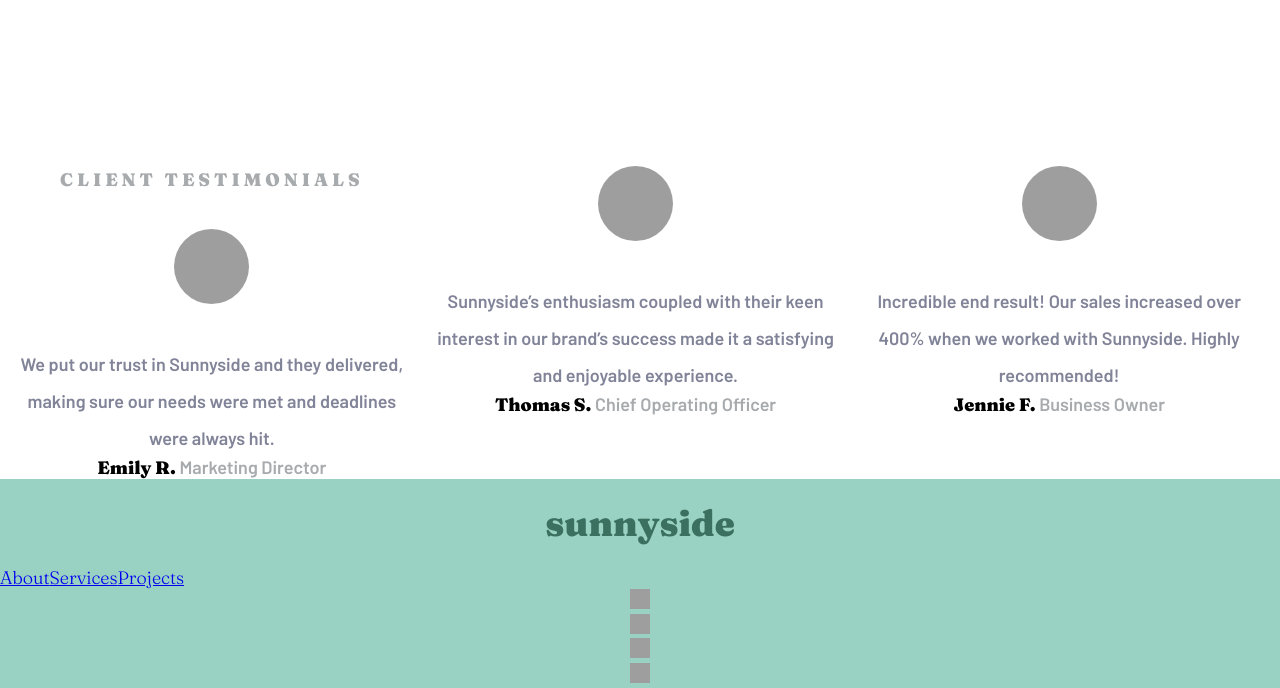
Repository: Roshanell/Sunny-Side-Agency
Page: index.html
The author's editor kept a copy of each file at every save. The page is drawn from the files as they stood at one save, then again after a run of saves.
The browser window is 1280 px wide. The pictures show the part of the page from y = 2148 to 2836 px (the page is 2836 px tall before and 2793 px after).
Pictures or frames that could not be fetched are drawn as grey boxes. Some web libraries are served in a nearby version.

Above is the page before, as saved 2022-07-06 12:05:45.

### index.html
<!doctype html>
<html lang="en">

  <head>
    <meta charset="utf-8">
    <meta name="viewport" content="width=device-width, initial-scale=1">
    <title>Sunny Side Agency</title>
    <link href="https://fonts.googleapis.com/icon?family=Material+Icons" rel="stylesheet">
    <link rel="stylesheet" href="css/style.css">
    <link
      href="https://fonts.googleapis.com/css2?family=Barlow:wght@600&family=Fraunces:opsz,wght@9..144,300;9..144,700;9..144,900&display=swap"
      rel="stylesheet">
    <link rel="stylesheet" href="/css/normalize.css">
    <script src="https://kit.fontawesome.com/48e7997292.js" crossorigin="anonymous"></script>
  </head>

  <body>
    <div class="container">
      <div class="homePage">
        <ul class="menu">
          <li><a class="menuItem" href="#">Home</a></li>
          <li><a class="menuItem" href="#">Profile</a></li>
          <li><a class="menuItem" href="#">About</a></li>
          <li><a class="menuItem" href="#">Contacts</a></li>
        </ul>
        <button class="hamburger">
          <i class="menuIcon material-icons">menu</i>
          <i class="closeIcon material-icons">close</i>
        </button>
        <div class="header">
          <h1>sunnyside</h1>
        </div>
        <div class="homeContent">
          <h2 class="homeSlogan">We are creatives</h2>
          <i class="fa-solid fa-arrow-down-long fa-4x"></i>

        </div>
      </div>

      <div class="eggArea">

      </div>

      <div class="aboutUsInfo" id="aboutUsInfo">
        <div class="infoContainer">
          <h3>
            Transform your brand
          </h3>
          <p>We are a full-service creative agenc grow fast. Engage your clients through
            compelling visuals that do most of the marketing for you. </p>
          <span><a href="#">Learn More</a></span>
        </div>
      </div>

      <div class="cupImage">
      </div>

      <div class="standOutInfo" id="standOutInfo">
        <div class="standOutContainer">
          <h3>Stand out to the right audience</h3>
          <p> Using a collaborative formula of designers, researchers,
            photographers,videographers, and copywriters, we’ll build and extend your brand in digital places. </p>

          <span class="learnMorePink"><a href="#">Learn More</a></span>
        </div>
      </div>
      <div class="graphicDesign">
        <div class="design-photography">
          <h3> Graphic Design</h3>
          <p class="pGraphics" id="pDesign">
            Great design makes you memorable. We deliver artwork that underscores your brand message and captures
            potential clients’ attention. </p>
        </div>
      </div>
      <div class="orangeImage">
        <div class="design-photography">
          <h3>Photography</h3>
          <p class="pGraphics"> Increase your credibility by getting the most stunning, high-quality photos that improve
            your business
            image. </p>
        </div>
      </div>
      <div>

        <div class="reviewContainer">
          <div class="testimonialOne">
            <h4>Client Testimonials</h4>
            <div class="user one"></div>
            <p class="review">We put our trust in Sunnyside and they delivered, making sure our needs were met and
              deadlines
              were always
              hit.</p>
            <span class="name">Emily R.</span>
            <span class="occupation">Marketing Director</span>
          </div>
          <div class="testimonialTwo">
            <div class="user two"></div>
            <p class="review">Sunnyside’s enthusiasm coupled with their keen interest in our brand’s success made it a
              satisfying and
              enjoyable experience.</p>
            <span class="name">Thomas S.</span>
            <span span class="occupation">Chief Operating Officer</span>
          </div>
          <div class="testimonialThree">
            <div class="user three"></div>
            <p class="review">Incredible end result! Our sales increased over 400% when we worked with Sunnyside. Highly
              recommended!</p>
            <span class="name">Jennie F.</span>
            <span span class="occupation">Business Owner</span>

          </div>

        </div>


        <div class="fourImgs" id="fourImgs">
          <div class="imgOne">
          </div>
          <div class="imgTwo">
          </div>
          <div class="imgThree">
          </div>
          <div class="imgFour">
          </div>
        </div>

        <div class="footer">
          <h1>sunnyside</h1>
          <div class="moreInformation">
            <a href="index.html#aboutUsInfo"><span> About</span></a>
            <a href="index.html#standOutInfo"><span>Services</span> </a>
            <a href="index.html#fourImgs"><span>Projects</span></a>
          </div>
          <div class="socialMediaHandles">
            <div>
              <img src="https://i.imgur.com/uHHCF8A.png" alt="Facebook Icon" height="20px" width="20px">
            </div>
            <div>
              <img src="https://i.imgur.com/Fvw0N1c.png" alt="Instagram Icon" height="20px" width="20px">
            </div>
            <div>
              <img src="https://i.imgur.com/k39Bgoc.png" alt="Twitter Icon" height="20px" width="20px">
            </div>
            <div>
              <img src="https://i.imgur.com/JN1Rhal.png" alt="Pinterest Icon" height="20px" width="20px">
            </div>
          </div>
        </div>
      </div>

      <script src="main.js"></script>

  </body>

</html>

### css/style.css
/* Box Model Hack */
* {
  -moz-box-sizing: border-box;
}

/* Clear fix hack */
.clearfix:after {
  content: ".";
  display: block;
  clear: both;
  visibility: hidden;
  line-height: 0;
  height: 0;
}

.clear {
  clear: both;
}

/******************************************
/* BASE STYLES
/*******************************************/

body {
  font-size: 18px;
  font-family: "Barlow", sans-serif;
  text-align: center;
  margin: 0;
}
p {
  color: hsl(232, 10%, 55%);
  display: flex;
  justify-content: center;
  align-items: center;
  margin: 0 2%;
  line-height: 37px;
}

h1,
h2,
h3,
h4,
h5,
h6 {
  font-family: "Fraunces", serif;
  font-weight: 700;
}

h3 {
  margin-top: 10%;
  margin-bottom: 10%;
  font-size: 40px;
}

span a {
  color: black;
  text-decoration: underline yellow;
  text-decoration-thickness: 5px;
}

.learnMorePink a {
  text-decoration: underline hsl(7, 99%, 70%);
  text-decoration-thickness: 5px;
}
.learnMorePink {
  margin-top: 5%;
}
/* hamburger */

* {
  margin: 0;
  padding: 0;
  box-sizing: border-box;
}

.menuItem {
  display: block;
  margin: 2rem 4rem;
  font-size: 1.8rem;
  color: black;
  text-decoration: none;
  font-family: "Barlow", sans-serif;
  animation: fadeInUp 0.5s ease-in-out forwards;
}

.menuItem:hover {
  text-decoration: underline;
}

.hamburger {
  position: fixed;
  z-index: 100;
  top: 1rem;
  right: 1rem;
  padding: 4px;
  border: none;
  background: transparent;
  cursor: pointer;
  color: white;
}

.closeIcon {
  display: none;
}

.menu {
  position: fixed;
  transform: translateY(-100%);
  transition: transform 0.2s;
  top: 0;
  left: 0;
  right: 0;
  bottom: 40%;
  z-index: 99;
  width: 89%;
  margin-left: 5%;
  margin-top: 0%;
  background: white;
  color: black;
  list-style: none;
  padding-top: 4rem;
}

.showMenu {
  transform: translateY(0);
}

/* homepage */

.homePage {
  background-image: url("https://i.imgur.com/5owK20G.jpg");
  background-size: cover;
  height: 100vh;
  background-repeat: no-repeat;
}

.homeSlogan {
  color: white;
  font-size: 40px;
  text-transform: uppercase;
  letter-spacing: 5px;
}

.fa-solid {
  color: white;
}

.fa-arrow-down-long {
  margin-top: 10%;
}
/* About Us */
.aboutUsInfo {
  background-color: white;
}
.aboutUsInfo h3 {
  font-size: 40px;
}
/* testimonials */
/* user profile images */
.user {
  display: inline-block;
  width: 75px;
  height: 75px;
  border-radius: 50%;
  margin: 9%;
  background-repeat: no-repeat;
  background-position: center center;
  background-size: cover;
}

.one {
  background-image: url("https://i.imgur.com/0PxR98W.jpg");
}

.two {
  background-image: url("https://i.imgur.com/01xgLPA.jpg");
}

.three {
  background-image: url("https://i.imgur.com/YJGOYO1.jpg");
}

.testimonialOne h4 {
  text-transform: uppercase;
  color: hsl(210, 4%, 67%);
  letter-spacing: 4px;
  /* font-size: 100%; */
  margin-top: 10%;
  font-weight: 900;
}

.occupation {
  color: hsl(210, 4%, 67%);
  margin-bottom: 5%;
  margin-top: 5%;
}

.name {
  font-family: "Fraunces", serif;
  margin-top: 5%;
  font-weight: 900;
}

/* background Images */
.pGraphics {
  margin-bottom: 20%;
}

/* main information */
.cupImage {
  /* border: solid 1px pink; */
  /* height: 40vh; */
  grid-area: cupImage;
  background-image: url("https://i.imgur.com/TEIjlB8.jpg");
  background-size: cover;
  background-position: center;
}

.eggArea {
  /* border: solid 1px purple; */
  grid-area: eggArea;
  background-image: url("https://i.imgur.com/Ic0Kukn.jpg");
  /* height: 40vh; */
  background-size: cover;
  background-position: center;
}

/******************************************
/* LAYOUT
/*******************************************/

/******************************************
/* ADDITIONAL STYLES
/*******************************************/

@media all and (min-width: 1024px) and (max-width: 1480px) {
  .homePage,
  .homeContent {
    /* border: 1px solid black; */
  }

  .header h1 {
    color: white;
  }
  h3 {
    margin-bottom: 3%;
    font-size: 40px;
  }

  /* .menuItem{
    display: inline;
  } */
  .eggArea {
    /* border: 1px solid red; */
    background-image: url("https://i.imgur.com/ylwqnFI.jpg");
    height: 60vh;
    width: 49vw;
    float: right;
  }
  .aboutUsInfo {
    /* border: 1px solid red; */
    height: 60vh;
    width: 49vw;
    float: left;
  }

  .infoContainer {
    margin: auto;
    width: 60%;

    text-align: justify;
  }

  .infoContainer h3 {
    text-align: left;
    width: 82%;
  }

  .cupImage {
    float: left;
    height: 60vh;
    width: 51vw;
    background-image: url("https://i.imgur.com/9A6seJs.jpg");
    /* border: 1px solid red; */
  }
  .standOutInfo {
    float: right;
    height: 60vh;
    width: 47vw;
    /* border: 1px solid red; */
  }

  .standOutContainer {
    width: 70%;
    margin: auto;
    text-align: left;
  }
  .graphicDesign {
    background-image: url("https://i.imgur.com/ypGUgU9.jpg");
    float: left;
    height: 75vh;
    width: 49vw;
    /* border: 1px solid green; */
    background-size: cover;
    color: hsl(167, 40%, 24%);
  }

  .orangeImage {
    float: right;
    background-image: url("https://i.imgur.com/RiEjNfa.jpg");
    height: 75vh;
    width: 49vw;
    /* border: 1px solid blue; */
    background-size: cover;
  }
  .design-photography {
    margin: 20%;
    margin-top: 45%;
  }
  .reviewGroup {
    display: flex;
  }
  .testimonialOne {
    float: left;
    height: fit-content;
    width: 33.1%;
    margin-top: 10%;
    /* border: 1px solid pink; */
  }

  .testimonialTwo {
    float: left;
    height: fit-content;
    width: 33.1%;
    margin-top: 10%;
    /* border: 1px solid pink; */
  }

  .testimonialThree {
    float: left;
    height: fit-content;
    width: 33.1%;
    margin-top: 10%;
    /* border: 1px solid pink; */
  }

  .footer {
    float: left;
    width: 100%;
    font-family: "Fraunces", serif;
    background: #99d2c2;
    color: hsl(168, 34%, 41%);
    /* border: 1px solid pink; */
  }
  .footer h1 {
    color: #3b6f5f;
    font-weight: 900;
    font-family: "Fraunces", serif;
  }
  .moreInformation {
    display: flex;
  }
  .pGraphics {
    color: hsl(167, 40%, 24%);
    font-weight: 700;
    font-size: 18px;
  }
  .orangeImage p,
  .orangeImage h3 {
    color: hsl(198, 62%, 26%);
  }
}

/* mobile view */

@media all and (min-width: 375px) and (max-width: 1023px) {
  .container {
    /* border: solid 1px blue; */
    display: grid;
    grid-template-columns: 1fr;
    grid-template-rows: 1.5fr 1fr 1fr 1fr 1fr 1.5fr 1.4fr 1fr 1fr 1fr 1fr;
    gap: 0px 0px;
    grid-auto-flow: column dense;
    grid-template-areas:
      "homePage"
      "eggArea"
      "aboutUsInfo"
      "cupImage"
      "standOutInfo"
      "graphicDesign"
      "orangeImage"
      "testimonialOne"
      "testimonialTwo"
      "testimonialThree"
      "fourImgs"
      "footer";
  }

  .homePage {
    background-image: url("https://i.imgur.com/HUEIjty.jpg");
    background-size: cover;
    /* height: 100vh; */
    background-repeat: no-repeat;
  }

  .homeSlogan {
    color: white;
    font-size: 40px;
    text-transform: uppercase;
    letter-spacing: 5px;
  }

  .fa-solid {
    color: white;
  }

  .fa-arrow-down-long {
    margin-top: 10%;
  }
  /* About Us */
  .aboutUsInfo {
    background-color: white;
  }
  .aboutUsInfo h3 {
    font-size: 40px;
  }
  /* testimonials */
  /* user profile images */
  .user {
    display: inline-block;
    width: 75px;
    height: 75px;
    border-radius: 50%;
    margin: 9%;
    background-repeat: no-repeat;
    background-position: center center;
    background-size: cover;
  }

  .one {
    background-image: url("https://i.imgur.com/0PxR98W.jpg");
  }

  .two {
    background-image: url("https://i.imgur.com/01xgLPA.jpg");
  }

  .three {
    background-image: url("https://i.imgur.com/YJGOYO1.jpg");
  }

  .testimonialOne h4 {
    text-transform: uppercase;
    color: hsl(210, 4%, 67%);
    letter-spacing: 4px;
    /* font-size: 100%; */
    margin-top: 10%;
    font-weight: 900;
  }

  .occupation {
    color: hsl(210, 4%, 67%);
    margin-bottom: 5%;
    margin-top: 5%;
  }

  .name {
    font-family: "Fraunces", serif;
    margin-top: 5%;
    font-weight: 900;
  }

  /* background Images */
  .pGraphics {
    margin-bottom: 20%;
  }

  /******************************************
  /* LAYOUT
  /*******************************************/
  .container {
    /* border: solid 1px blue; */
    display: grid;
    grid-template-columns: 1fr;
    grid-template-rows: 1.5fr 1fr 1fr 1fr 1fr 1.5fr 1.4fr 1fr 1fr 1fr 1fr;
    gap: 0px 0px;
    grid-auto-flow: column dense;
    grid-template-areas:
      "homePage"
      "eggArea"
      "aboutUsInfo"
      "cupImage"
      "standOutInfo"
      "graphicDesign"
      "orangeImage"
      "testimonialOne"
      "testimonialTwo"
      "testimonialThree"
      "fourImgs"
      "footer";
  }

  .homePage {
    /* border: solid 1px red; */
  }

  .header {
    display: flex;
    /* border: solid 1px orange; */
    grid-area: header;
    color: white;
    margin-left: 5%;
    margin-top: 2%;
  }

  .homeContent {
    /* border: solid 1px yellow; */
    grid-area: homeContent;
    margin-top: 15%;
  }

  .eggArea {
    /* border: solid 1px purple; */
    grid-area: eggArea;
    background-image: url("https://i.imgur.com/Ic0Kukn.jpg");
    /* height: 40vh; */
    background-size: cover;
    background-position: center;
  }

  .aboutUsInfo {
    /* border: solid 1px green; */
    /* height: 40vh; */
    grid-area: aboutUsInfo;
  }

  .cupImage {
    /* border: solid 1px pink; */
    /* height: 40vh; */
    grid-area: cupImage;
    background-image: url("https://i.imgur.com/TEIjlB8.jpg");
    background-size: cover;
    background-position: center;
  }

  .standOutInfo {
    /* border: solid 1px black; */
    grid-area: standOutInfo;
    display: flex;
    flex-direction: column;
    font-weight: 900;
    /* height: 40vh; */
  }

  .graphicDesign {
    /* border: solid 1px brown; */
    grid-area: graphicDesign;
    background-image: url("https://i.imgur.com/ceaL6cl.jpg");
    background-size: cover;
    display: flex;
    flex-direction: column;
    flex-wrap: nowrap;
    align-content: center;
    justify-content: flex-end;
    align-items: center;
    /* height: 40vh; */
  }

  .graphicDesign h3 {
    color: hsl(167, 40%, 24%);
    font-weight: 900;
  }
  #pDesign {
    color: hsl(167, 40%, 24%);
    font-weight: 700;
    font-size: 18px;
  }
  .orangeImage {
    /* border: solid 1px gray; */
    grid-area: orangeImage;
    background-image: url("https://i.imgur.com/5lTcoMD.jpg");
    background-size: cover;
    display: flex;
    flex-direction: column;
    flex-wrap: nowrap;
    align-content: center;
    justify-content: flex-end;
    align-items: center;
  }
  /* height: 40vh; */

  .orangeImage h3 {
    color: hsl(198, 62%, 26%);
  }
  .orangeImage p {
    color: hsl(198, 62%, 26%);
  }

  /* testimonials */

  .testimonialOne {
    /* border: solid 1px fuchsia; */
    grid-area: testimonialOne;
    /* height: 33vh; */
    display: flex;
    flex-direction: column;
    justify-content: center;
    align-items: center;
  }

  .testimonialThree {
    /* border: solid 1px lightblue; */
    grid-area: testimonialThree;
    display: flex;
    flex-direction: column;
    justify-content: center;
    align-items: center;
    /* height: 33vh; */
  }

  .testimonialTwo {
    /* border: solid 1px silver; */
    display: flex;
    flex-direction: column;
    justify-content: center;
    align-items: center;
    grid-area: testimonialTwo;

    /* height: 33vh; */
  }

  .fourImgs {
    /* border: solid 1px maroon; */
    display: grid;
    grid-template-columns: 1fr 1fr;
    grid-template-rows: 1fr 1fr;
    gap: 0px 0px;
    grid-template-areas:
      "imgOne imgThree"
      "imgTwo imgFour";
    grid-area: fourImgs;
    /* height: 40vh; */
  }

  .imgOne {
    /* border: solid 1px yellowgreen; */
    background-image: url("https://i.imgur.com/g7g3pHI.jpg");
    background-size: cover;
  }
  .imgTwo {
    /* border: solid 1px rgb(228, 122, 199); */
    background-image: url("https://i.imgur.com/xXvVali.jpg");
    background-size: cover;
  }
  .imgThree {
    /* border: solid 1px rgb(158, 207, 232); */
    background-image: url("https://i.imgur.com/w22eeJU.jpg");
    background-size: cover;
  }
  .imgFour {
    /* border: solid 1px rgb(205, 122, 50); */
    background-image: url("https://i.imgur.com/hMYShPr.jpg");
    background-size: cover;
  }

  .review {
    font-size: 20px;
  }
  /* Fix the footer */
  .footer {
    background: #99d2c2;
    color: hsl(168, 34%, 41%);
  }
  .footer h1 {
    color: #3b6f5f;
    font-weight: 900;
    font-family: "Fraunces", serif;
  }

  .moreInformation {
    display: flex;
    flex-direction: row;
    justify-content: space-evenly;
    margin: 10%;
  }

  .socialMediaHandles {
    width: 65%;
    display: flex;
    justify-content: space-around;
    margin: 20%;
  }

  .footer h1 {
    margin-top: 10%;
  }

  .moreInformation a {
    color: #3b6f5f;
    text-decoration: none;
  }
}

### main.js
const menu = document.querySelector(".menu");
const menuItems = document.querySelectorAll(".menuItem");
const hamburger = document.querySelector(".hamburger");
const closeIcon = document.querySelector(".closeIcon");
const menuIcon = document.querySelector(".menuIcon");

function toggleMenu() {
  if (menu.classList.contains("showMenu")) {
    menu.classList.remove("showMenu");
    closeIcon.style.display = "none";
    menuIcon.style.display = "block";
  } else {
    menu.classList.add("showMenu");
    closeIcon.style.display = "block";
    menuIcon.style.display = "none";
  }
}

hamburger.addEventListener("click", toggleMenu);

menuItems.forEach(function (menuItem) {
  menuItem.addEventListener("click", toggleMenu);
});

Loaded but not shown: css/normalize.css (library)

After the next 2 saves:
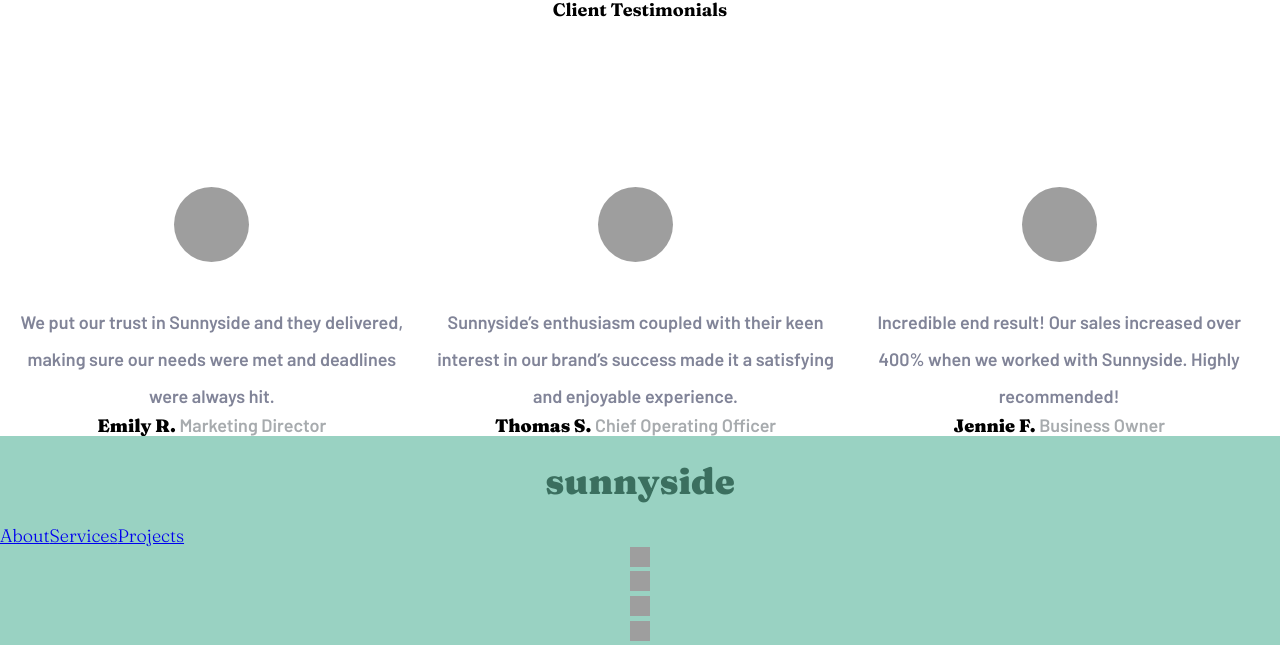
The 2 saves are shown as one change because they came seconds apart.
The last was saved 56 s later.
--- a/index.html
+++ b/index.html
@@ -81,10 +81,10 @@
         </div>
       </div>
       <div>
-
+        <h4>Client Testimonials</h4>
         <div class="reviewContainer">
           <div class="testimonialOne">
-            <h4>Client Testimonials</h4>
+
             <div class="user one"></div>
             <p class="review">We put our trust in Sunnyside and they delivered, making sure our needs were met and
               deadlines

After the 2 saves that followed:
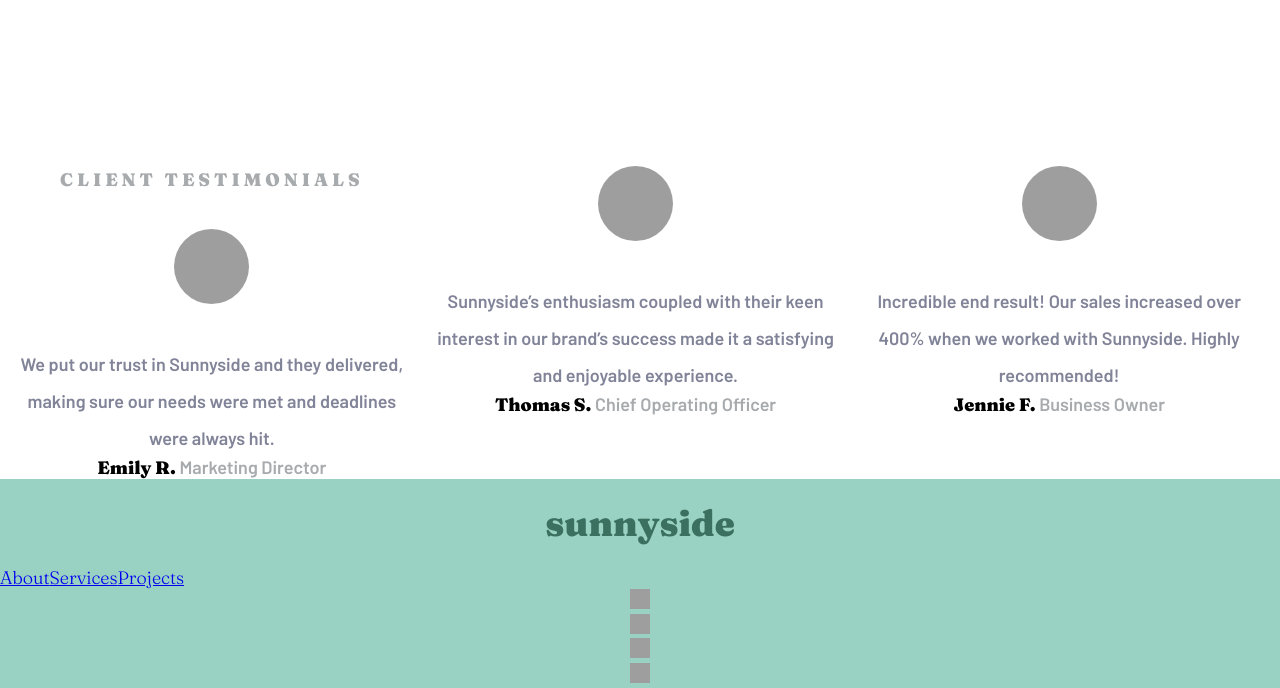
The 2 saves are shown as one change because they came seconds apart.
The last was saved 18 s later.
--- a/index.html
+++ b/index.html
@@ -81,10 +81,10 @@
         </div>
       </div>
       <div>
-        <h4>Client Testimonials</h4>
+
         <div class="reviewContainer">
           <div class="testimonialOne">
-
+            <h4>Client Testimonials</h4>
             <div class="user one"></div>
             <p class="review">We put our trust in Sunnyside and they delivered, making sure our needs were met and
               deadlines
